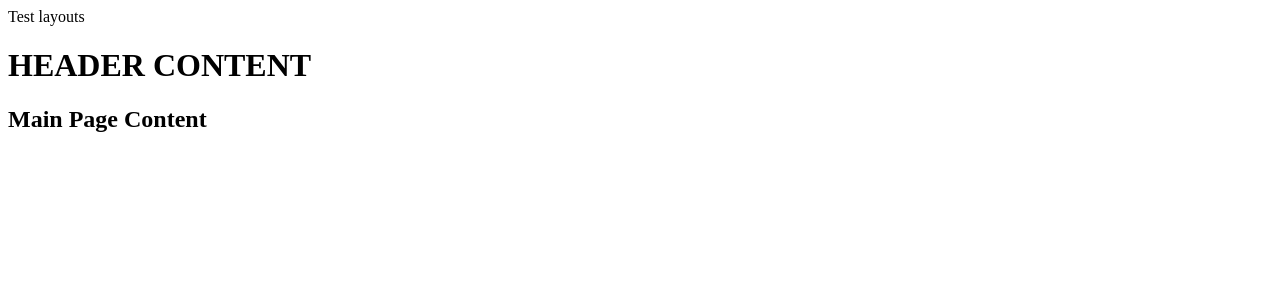
Repository: boombosha/QTIM
Page: /
The author's editor kept a copy of each file at every save. The page is drawn from the files as they stood at one save, then again after the next save.
The browser window is 1280 px wide. The pictures show the whole page.
The project was rebuilt for these pictures with package versions that can differ from the ones it lists, and the page was loaded fresh each time. The framework's server and built-in components were replaced by stand-ins that run in the browser. Also part of the build but not shown: nuxt.config.ts.

Above is the page before, as saved 2025-07-22 16:08:44.

After the next save:
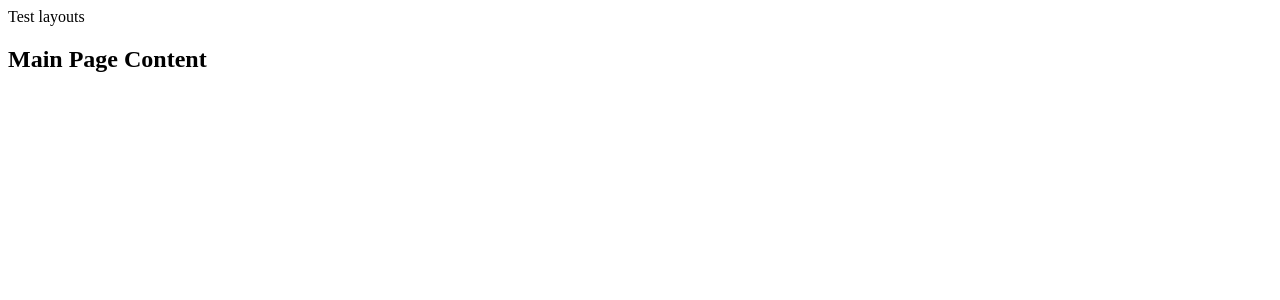
Saved 6 min 27 s later.
--- a/src/layouts/default.vue
+++ b/src/layouts/default.vue
@@ -8,5 +8,4 @@
 </template>
 
 <script setup>
-import WidgetsHeader from '~/widgets/header/Header.vue'
 </script>
